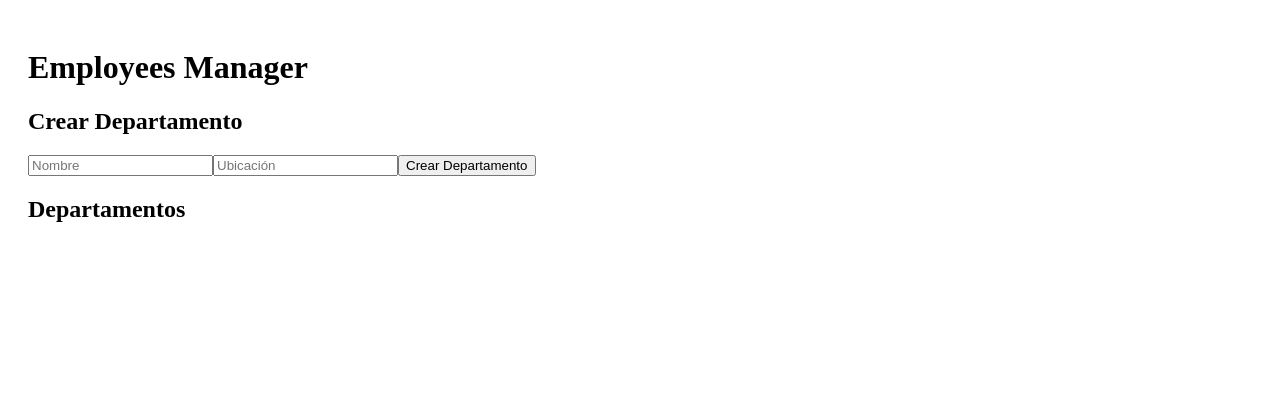
Repository: AnaSofiaRosero/parcial-4
Page: /
These files come from the project's save history. The page is drawn as it stood at one moment and after the next save; the edit follows.
The browser window is 1280 px wide. The pictures show the whole page.
The project was rebuilt for these pictures with package versions that can differ from the ones it lists, and the page was loaded fresh each time. Also part of the build but not shown: vite.config.ts, src/index.css.

Above is the page before, as saved 2026-06-02 13:00:40.
Console error: TypeError: Cannot read properties of undefined (reading 'from')

After the next save:
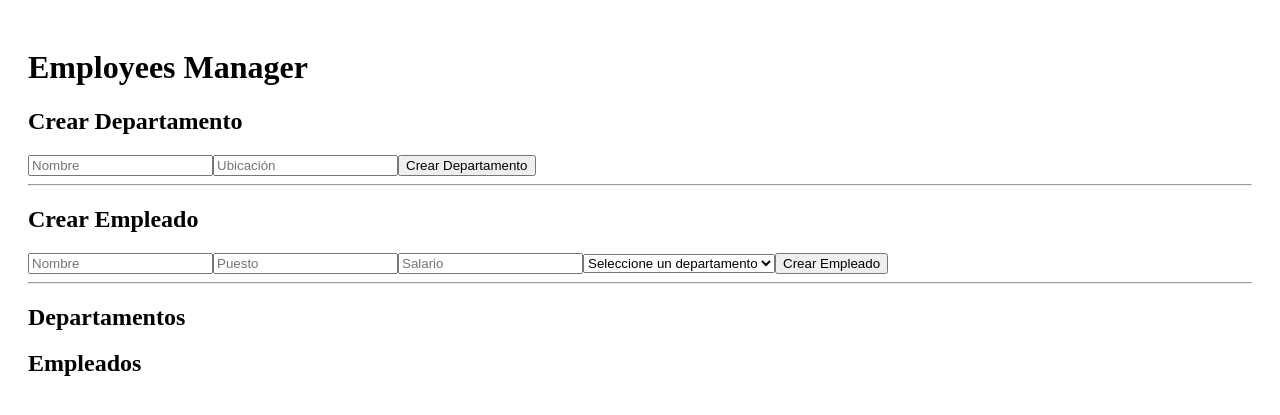
Saved 40 s later.
--- a/src/App.tsx
+++ b/src/App.tsx
@@ -1,14 +1,24 @@
 import { useEffect, useState } from "react";
 import { supabase } from "./supabaseClient";
-import type { Departamento } from "./types";
+import type { Departamento, Empleado } from "./types";
 
 function App() {
   const [departamentos, setDepartamentos] = useState<Departamento[]>([]);
+  const [empleados, setEmpleados] = useState<Empleado[]>([]);
+
+  // Departamento
   const [nombre, setNombre] = useState("");
   const [ubicacion, setUbicacion] = useState("");
 
+  // Empleado
+  const [nombreEmpleado, setNombreEmpleado] = useState("");
+  const [puesto, setPuesto] = useState("");
+  const [salario, setSalario] = useState("");
+  const [departamentoId, setDepartamentoId] = useState("");
+
   useEffect(() => {
     cargarDepartamentos();
+    cargarEmpleados();
   }, []);
 
   const cargarDepartamentos = async () => {
@@ -22,6 +32,19 @@ function App() {
     }
 
     setDepartamentos(data || []);
+  };
+
+  const cargarEmpleados = async () => {
+    const { data, error } = await supabase
+      .from("empleados")
+      .select("*");
+
+    if (error) {
+      console.log(error);
+      return;
+    }
+
+    setEmpleados(data || []);
   };
 
   const crearDepartamento = async () => {
@@ -45,6 +68,31 @@ function App() {
     cargarDepartamentos();
   };
 
+  const crearEmpleado = async () => {
+    const { error } = await supabase
+      .from("empleados")
+      .insert([
+        {
+          nombre: nombreEmpleado,
+          puesto,
+          salario: Number(salario),
+          departamento_id: departamentoId,
+        },
+      ]);
+
+    if (error) {
+      console.log(error);
+      return;
+    }
+
+    setNombreEmpleado("");
+    setPuesto("");
+    setSalario("");
+    setDepartamentoId("");
+
+    cargarEmpleados();
+  };
+
   return (
     <div style={{ padding: "20px" }}>
       <h1>Employees Manager</h1>
@@ -68,6 +116,55 @@ function App() {
       <button onClick={crearDepartamento}>
         Crear Departamento
       </button>
+
+      <hr />
+
+      <h2>Crear Empleado</h2>
+
+      <input
+        type="text"
+        placeholder="Nombre"
+        value={nombreEmpleado}
+        onChange={(e) => setNombreEmpleado(e.target.value)}
+      />
+
+      <input
+        type="text"
+        placeholder="Puesto"
+        value={puesto}
+        onChange={(e) => setPuesto(e.target.value)}
+      />
+
+      <input
+        type="number"
+        placeholder="Salario"
+        value={salario}
+        onChange={(e) => setSalario(e.target.value)}
+      />
+
+      <select
+        value={departamentoId}
+        onChange={(e) => setDepartamentoId(e.target.value)}
+      >
+        <option value="">
+          Seleccione un departamento
+        </option>
+
+        {departamentos.map((departamento) => (
+          <option
+            key={departamento.id}
+            value={departamento.id}
+          >
+            {departamento.nombre}
+          </option>
+        ))}
+      </select>
+
+      <button onClick={crearEmpleado}>
+        Crear Empleado
+      </button>
+
+      <hr />
 
       <h2>Departamentos</h2>
 
@@ -78,6 +175,22 @@ function App() {
           </p>
 
           <p>{departamento.ubicacion}</p>
+
+          <hr />
+        </div>
+      ))}
+
+      <h2>Empleados</h2>
+
+      {empleados.map((empleado) => (
+        <div key={empleado.id}>
+          <p>
+            <strong>{empleado.nombre}</strong>
+          </p>
+
+          <p>{empleado.puesto}</p>
+
+          <p>Salario: ${empleado.salario}</p>
 
           <hr />
         </div>
